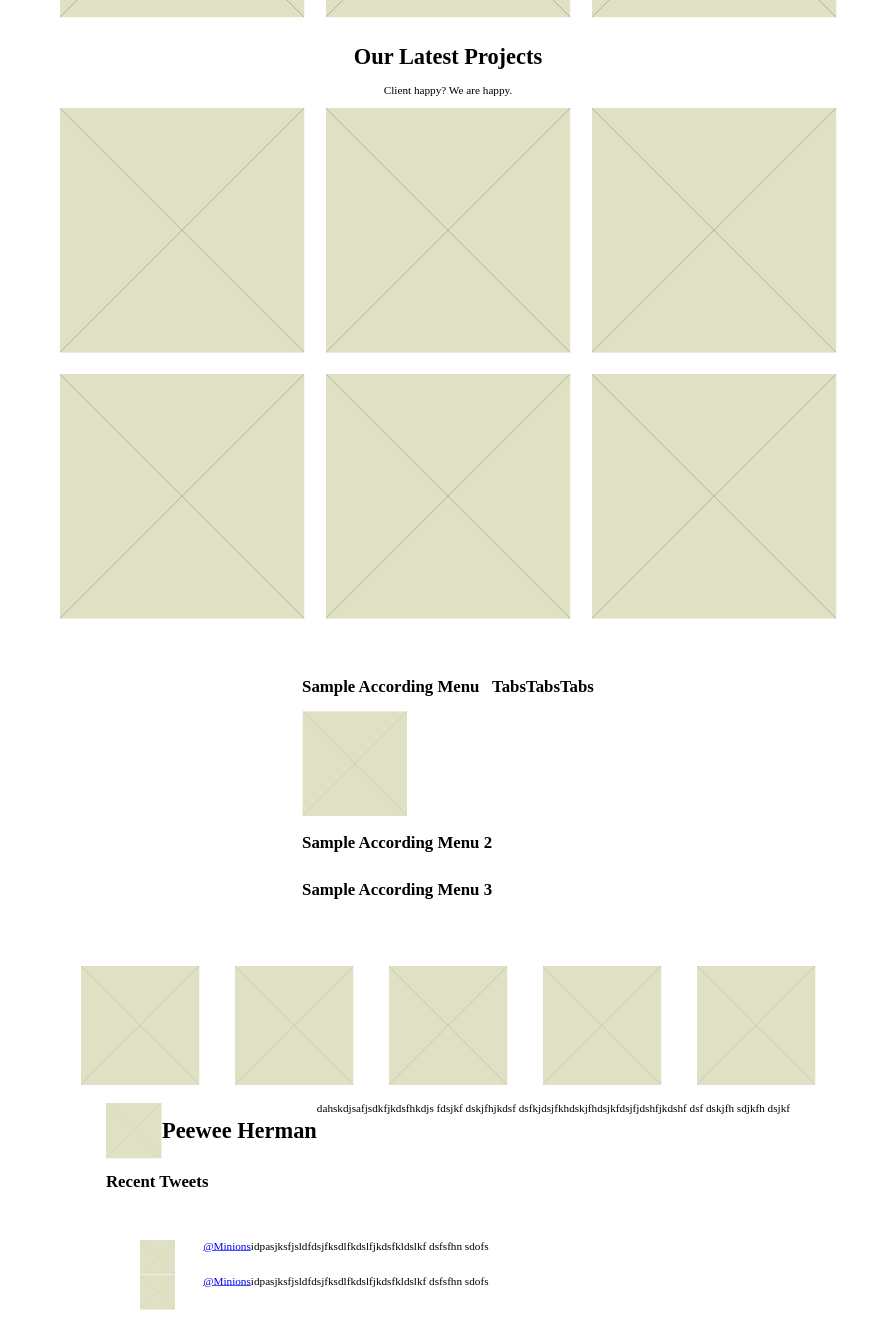
Repository: ReallyNguyen/responsive-web
Page: index.html
An editor plug-in stored every save of this project. The page is shown before and after the next save, followed by the edit.
The browser window is 1280 px wide. The pictures show the part of the page from y = 890 to 2810 px (the page is 2810 px tall before and 2801 px after), at 70% of full size.

Above is the page before, as saved 2023-01-25 22:04:09.

After the next save:
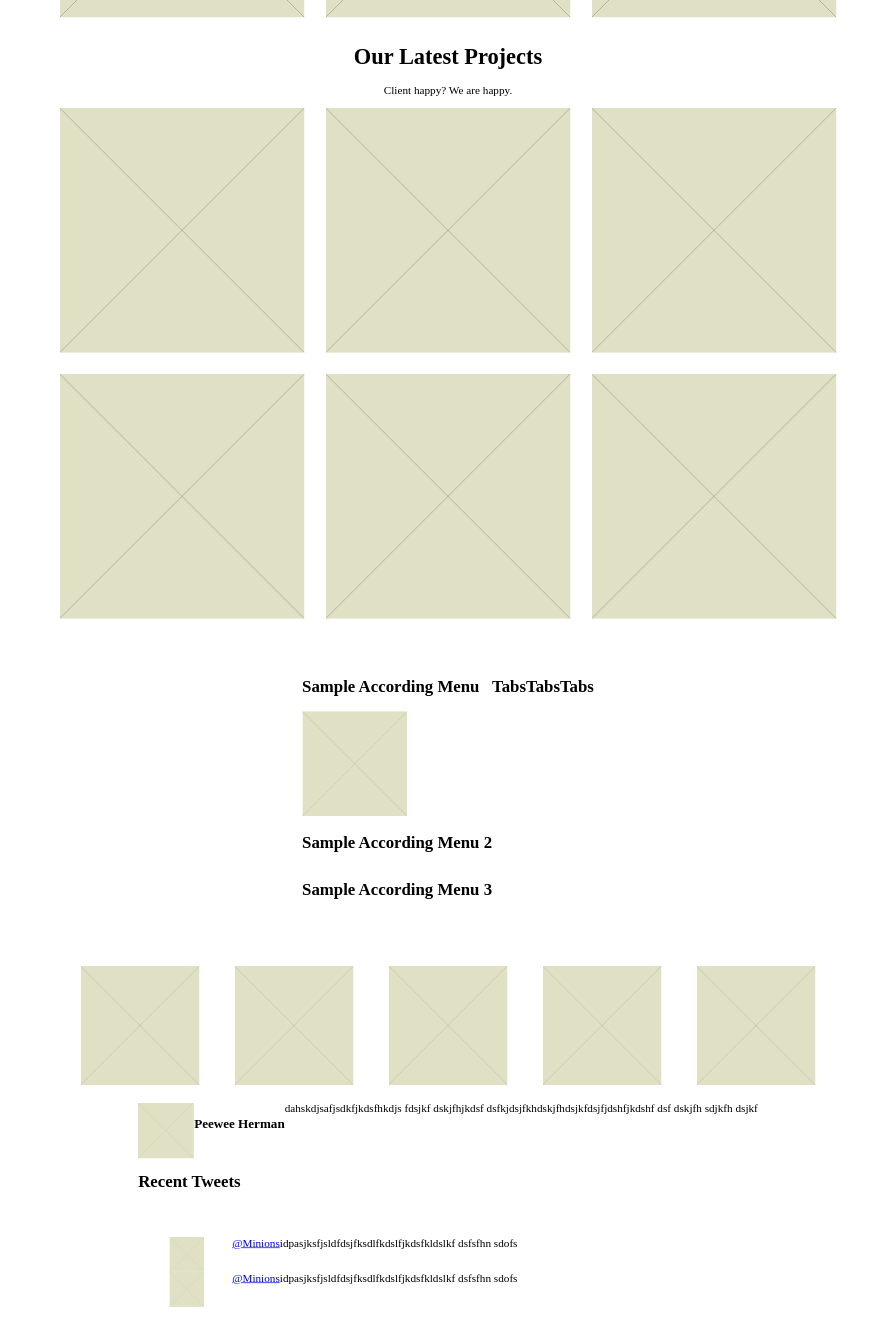
Saved 7 s later.
--- a/index.html
+++ b/index.html
@@ -167,7 +167,7 @@
 
         <div class="founder">
           <img src="placeholder.svg" alt="" width="80" height="80">
-          <h1> Peewee Herman </h1>
+          <h3> Peewee Herman </h3>
           <p> dahskdjsafjsdkfjkdsfhkdjs fdsjkf dskjfhjkdsf dsfkjdsjfkhdskjfhdsjkfdsjfjdshfjkdshf dsf dskjfh sdjkfh dsjkf</p>
 
         </div>
